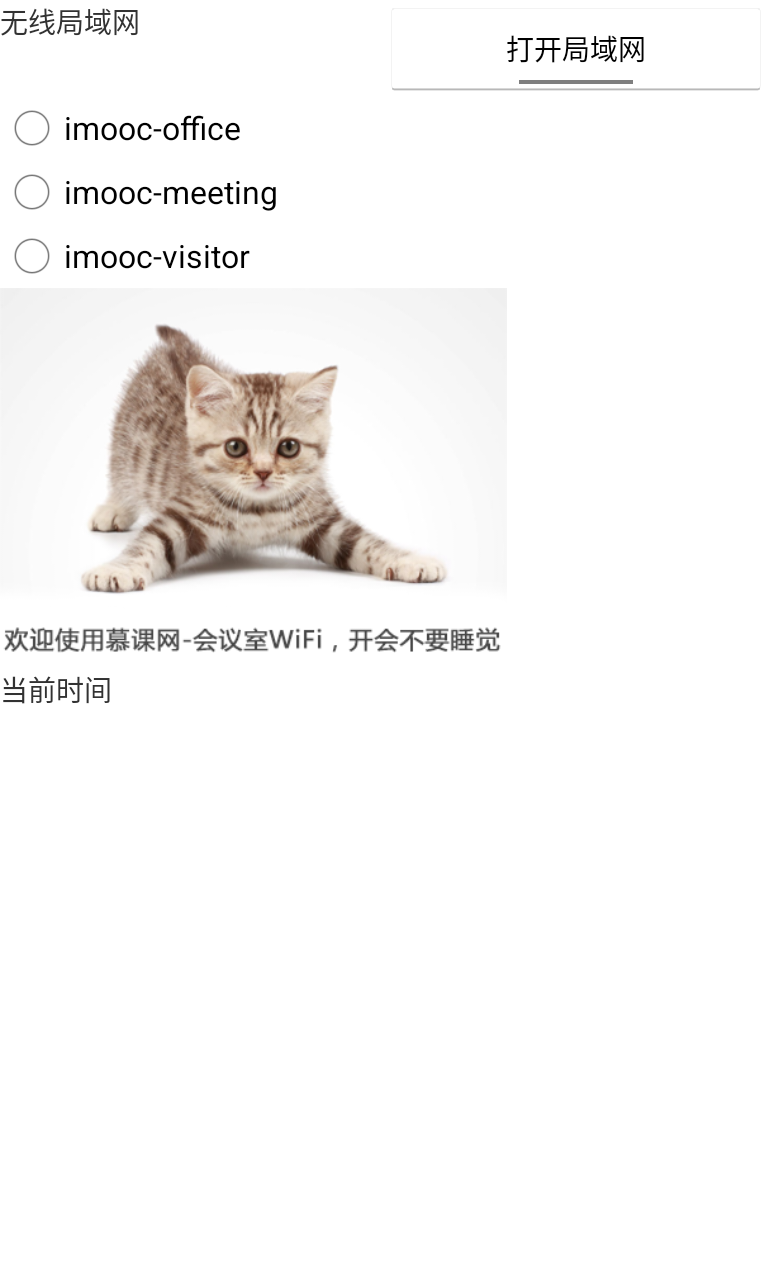
Repository: ling-cen/demo
Layout: Wifi_App/res/layout/activity_layout.xml
An editor plug-in stored every save of this project. The layout is shown before and after the next save, followed by the edit.
It is drawn on a 768 x 1280 px phone screen (xhdpi) without system bars, with theme AppTheme; the app's code is not run.

Above is the layout before, as saved 2018-12-13 17:02:49.

### Wifi_App/res/layout/activity_layout.xml
<?xml version="1.0" encoding="utf-8"?>
<LinearLayout xmlns:android="http://schemas.android.com/apk/res/android"
    android:layout_width="match_parent"
    android:layout_height="match_parent"
    android:orientation="vertical" >

    <LinearLayout
        android:id="@+id/visi_layout"
        android:layout_width="match_parent"
        android:layout_height="wrap_content"
        android:background="#FFFFFF"
        android:visibility="visible"
        android:orientation="horizontal" >

        <TextView
            android:layout_width="0dp"
            android:layout_height="match_parent"
            android:layout_weight="1"
            android:text="@string/wifi" />

        <ToggleButton
            android:id="@+id/wifi_off"
            android:layout_width="0dp"
            android:layout_height="wrap_content"
            android:layout_weight="1"
            android:checked="false"
            android:textOff="打开局域网"
            android:textOn="关闭局域网" >
        </ToggleButton>
    </LinearLayout>

    <LinearLayout
        android:layout_width="match_parent"
        android:layout_height="wrap_content"
        android:background="#FFFFFF"
        android:orientation="vertical" >

        <RadioGroup
            android:layout_width="match_parent"
            android:layout_height="wrap_content"
            android:background="#FFFFFF" >

            <RadioButton
                android:id="@+id/imooc_offoce"
                android:layout_width="wrap_content"
                android:layout_height="wrap_content"
                android:text="@string/office" />

            <RadioButton
                android:id="@+id/imooc_meeting"
                android:layout_width="wrap_content"
                android:layout_height="wrap_content"
                android:text="@string/meeting" />

            <RadioButton
                android:id="@+id/imooc_visitor"
                android:layout_width="wrap_content"
                android:layout_height="wrap_content"
                android:text="@string/visitor" />
        </RadioGroup>
    </LinearLayout>

    <ImageView
        android:id="@+id/image_view"
        android:layout_width="match_parent"
        android:layout_height="190dp"
        android:background="#FFFFFF"
        android:contentDescription="@string/alt"
        android:scaleType="fitStart"
        android:src="@drawable/meeting" />

    <TextView
        android:id="@+id/is_time"
        android:layout_width="match_parent"
        android:layout_height="wrap_content"
        android:text="@string/isTime" />
</LinearLayout>

### Wifi_App/res/values/strings.xml
<?xml version="1.0" encoding="utf-8"?>
<resources>

    <string name="app_name">Wifi_App</string>
    <string name="hello_world">Hello world!</string>
    <string name="action_settings">Settings</string>
    <string name="wifi">无线局域网</string>
    <string name="wifi_off">关闭局域网</string>
    <string name="wifi_on">打开局域网</string>
    <string name="office">imooc-office</string>
    <string name="meeting">imooc-meeting</string>
    <string name="visitor">imooc-visitor</string>
    <string name="isTime">当前时间</string>
    <string name="alt">alt</string>
</resources>

Loaded but not shown: Wifi_App/res/values/styles.xml (common file); Wifi_App/res/values-v11/styles.xml (common file); Wifi_App/res/values-v14/styles.xml (common file)

After the next save:
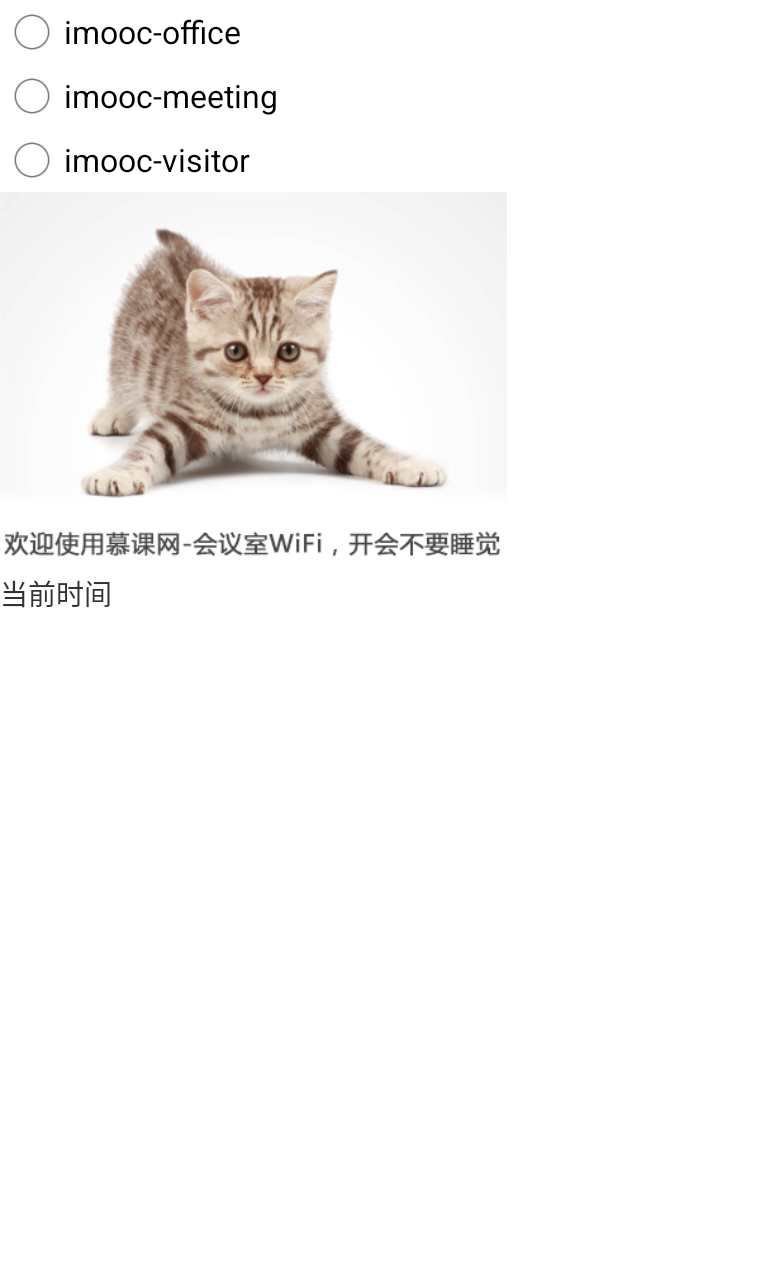
Saved 10 s later.
--- a/Wifi_App/res/layout/activity_layout.xml
+++ b/Wifi_App/res/layout/activity_layout.xml
@@ -9,7 +9,7 @@
         android:layout_width="match_parent"
         android:layout_height="wrap_content"
         android:background="#FFFFFF"
-        android:visibility="visible"
+        android:visibility="gone"
         android:orientation="horizontal" >
 
         <TextView

After the save that followed:
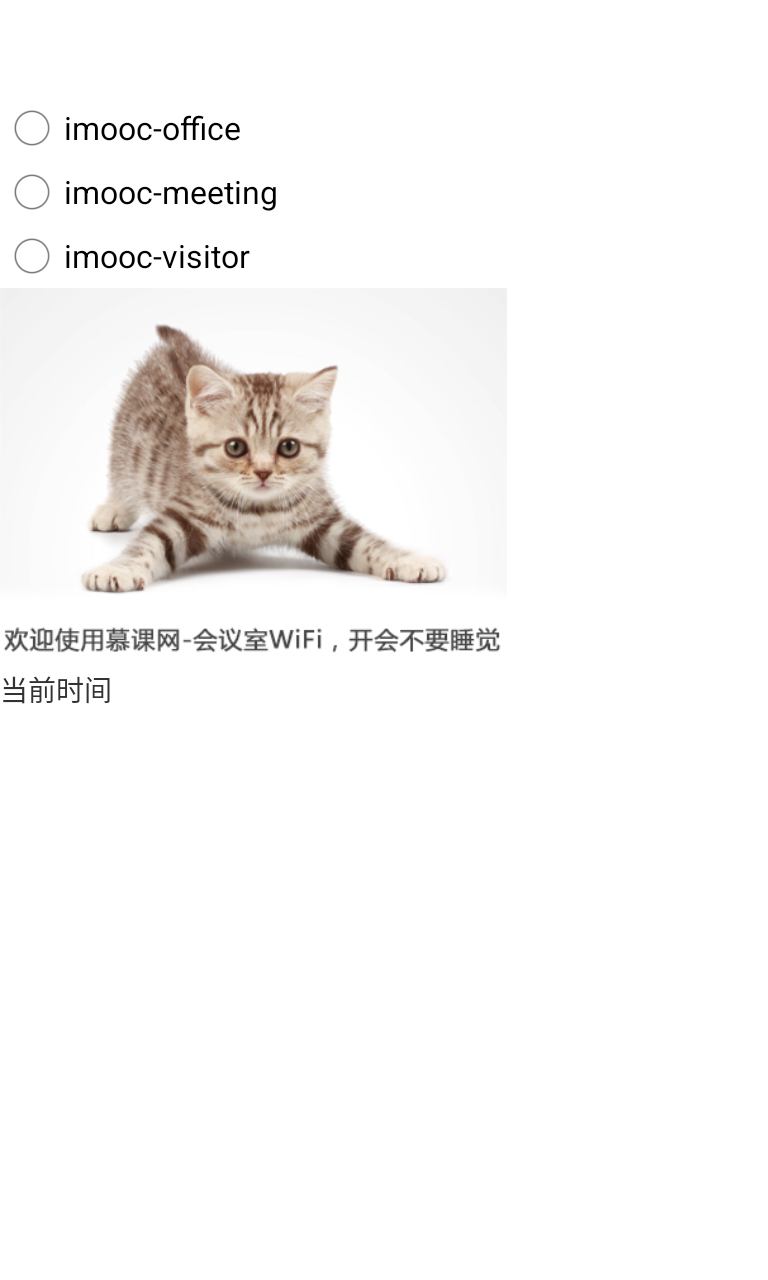
Saved 7 s later.
--- a/Wifi_App/res/layout/activity_layout.xml
+++ b/Wifi_App/res/layout/activity_layout.xml
@@ -9,7 +9,7 @@
         android:layout_width="match_parent"
         android:layout_height="wrap_content"
         android:background="#FFFFFF"
-        android:visibility="gone"
+        android:visibility="invisible"
         android:orientation="horizontal" >
 
         <TextView
